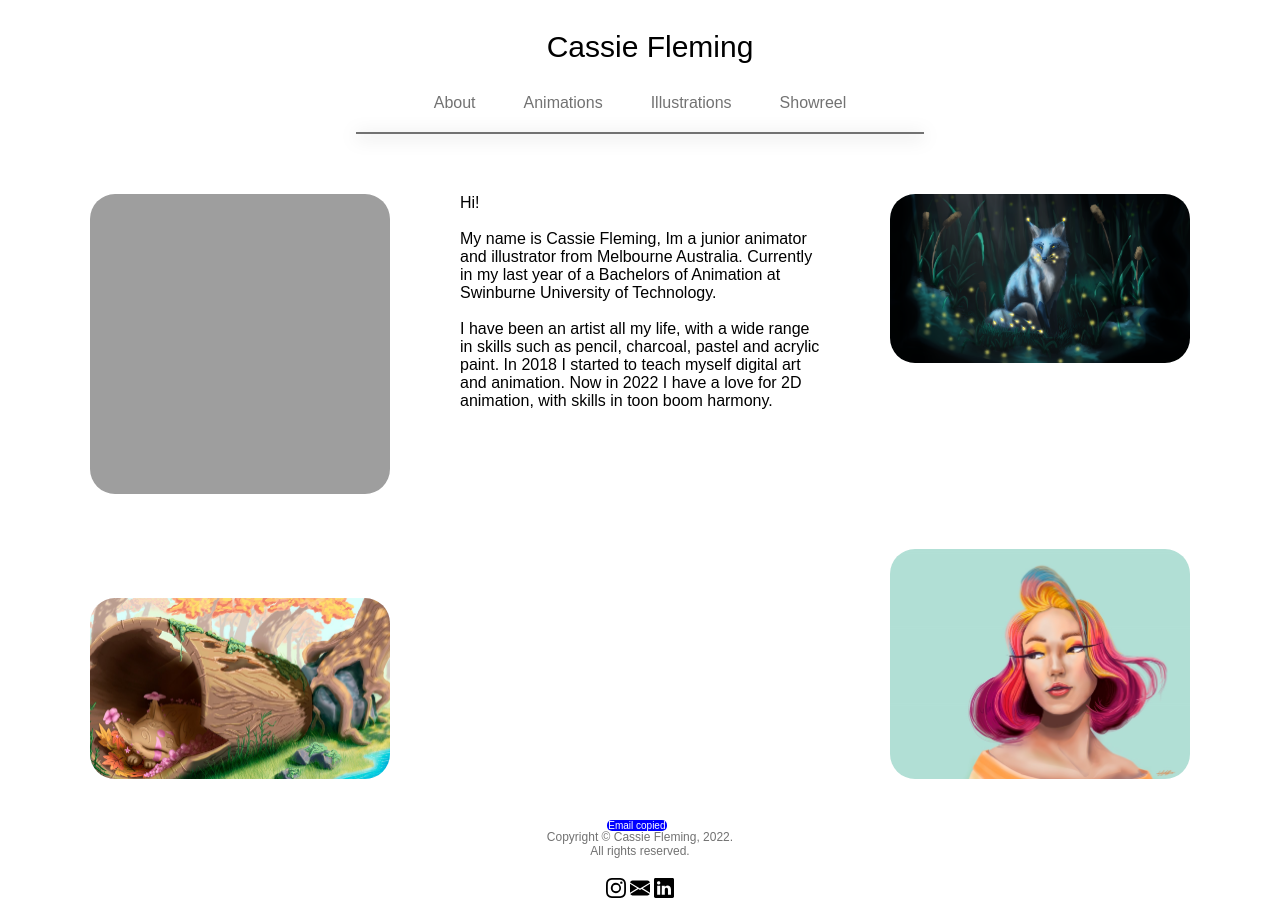
Repository: David-Waite/Cassie-Fleming-portfolio
Page: /
The author's editor kept a copy of each file at every save. The page is drawn from the files as they stood at one save, then again after a run of saves.
The browser window is 1280 px wide. The pictures show the whole page.
Pictures or frames that could not be fetched are drawn as grey boxes. Some web fonts or font styles are not loaded; a fallback is used. The project was rebuilt for these pictures with package versions that can differ from the ones it lists, and the page was loaded fresh each time. The framework's server and built-in components were replaced by stand-ins that run in the browser. Also part of the build but not shown: next.config.js.

Above is the page before, as saved 2022-09-11 17:54:10.

### pages/index.js
import Head from "next/head";
import Image from "next/image";
import styles from "../styles/Home.module.css";

export default function Home() {
  return (
    <div className={styles.layout}>
      <div className={`${styles.photoContainer} ${styles.photoContainerLeft}`}>
        <div>
          <Image
            className={styles.photo}
            src="/Cassie.png"
            height={3024}
            width={3024}
            alt="Photo of me, Cassie Fleming"
          />
        </div>
        <div className={styles.photo}>
          <Image
            className={styles.photo}
            src="/cherry blossom.2.jpg"
            height={725}
            width={1200}
            alt="Cherry Blossom covered fox, taking a nap in a hollowed tree log, by the river"
          />
        </div>
      </div>

      <div className={styles.aboutText}>
        Hi!
        <br />
        <br />
        My name is Cassie Fleming, Im a junior animator and illustrator from
        Melbourne Australia. Currently in my last year of a Bachelors of
        Animation at Swinburne University of Technology.
        <br />
        <br /> I have been an artist all my life, with a wide range in skills
        such as pencil, charcoal, pastel and acrylic paint. In 2018 I started to
        teach myself digital art and animation. Now in 2022 I have a love for 2D
        animation, with skills in toon boom harmony.
      </div>
      <div className={styles.photoContainer}>
        <div className={styles.photo}>
          <Image
            className={styles.photo}
            src="/fox.png"
            height={1080}
            width={1920}
            alt="glowing fox"
          />
        </div>
        <div className={styles.photo}>
          <Image
            className={styles.photo}
            src="/Inkedhuman.jpg"
            height={930}
            width={1211}
            alt="girl with cool hair a swaggie eyes"
          />
        </div>
      </div>
    </div>
  );
}

### components/Layout.js
import Link from "next/link";
import React, { useState } from "react";
import { Instagram, Linkedin, EnvelopeFill } from "react-bootstrap-icons";

export default function Layout({ children }) {
  const [navClass, setNavClass] = useState("");

  function toggleNav() {
    setNavClass((navClass) => {
      return navClass === "change" ? "" : "change";
    });
  }

  return (
    <div className={`layout ${navClass}`}>
      <header className="header">
        <h1>
          <Link href="/">
            <a>Cassie Fleming</a>
          </Link>
        </h1>

        <div className="navbar-icon" onClick={toggleNav}>
          <div className="bar1"></div>
          <div className="bar2"></div>
          <div className="bar3"></div>
        </div>

        <nav>
          <Link href="/">
            <a>About</a>
          </Link>
          <Link href="/">
            <a>Animations</a>
          </Link>
          <Link href="/">
            <a>Illustrations</a>
          </Link>
          <Link href="/">
            <a>Showreel</a>
          </Link>
        </nav>
      </header>
      <div className="navbar-line"></div>

      {children}
      <footer>
        <span className="email-popup">Email copied</span>
        <p>Copyright &copy; Cassie Fleming, 2022.</p>
        <p>All rights reserved.</p>
        <div className="social">
          <span>
            <Link href="https://www.instagram.com/cass_illustrations/">
              <a target="_blank">
                <Instagram />
              </a>
            </Link>
          </span>
          <div
            className="email"
            onClick={() => {
              navigator.clipboard.writeText("cassie.fleming2000@gmail.com");
            }}
          >
            <EnvelopeFill />
          </div>
          <span>
            <Link href="http://www.linkedin.com/in/cassie-fleming-500a56204">
              <a target="_blank">
                <Linkedin />
              </a>
            </Link>
          </span>
        </div>
      </footer>
    </div>
  );
}

### styles/globals.css
@import url("https://fonts.googleapis.com/css2?family=Zen+Maru+Gothic:wght@300;400;500;700&display=swap");

* {
  font-family: "Zen Maru Gothic", sans-serif;
  box-sizing: border-box;
  margin: 0;
  padding: 0;
}

.layout {
  margin: 30px 30px 0;
  display: flex;
  flex-direction: column;
  align-items: center;
  position: relative;
  min-height: calc(100vh - 30px);

  padding-bottom: 140px;
  text-align: center;
}

h1 {
  font-weight: 400;
  font-size: 30px;
  margin-bottom: 30px;
  margin-left: 20px;
}

a:hover {
  color: black;
}

a {
  text-decoration: none;
  color: black;
}
.hover {
  color: red;
}
nav a {
  color: #727272;
  margin: 24px;
  font-size: 16px;
}
.navbar-line {
  width: 568px;
  box-shadow: rgba(0, 0, 0, 0.35) 0px 3px 17px;
  margin: 20px 0 60px;
  border: #727272 solid 1px;
}
footer {
  position: absolute;
  bottom: 0px;
  font-size: 12px;
  color: #727272;
}
/* navBar icon */
.navbar-icon {
  display: none;
  cursor: pointer;
  margin-right: 20px;
}

.bar1,
.bar2,
.bar3 {
  width: 20px;
  height: 3px;
  background-color: #727272;
  margin: 4px 0;
  transition: 0.4s;
  border-radius: 5px;
}

.change .bar1 {
  transform: translate(0, 7px) rotate(-45deg);
}

.change .bar2 {
  opacity: 0;
}

.change .bar3 {
  transform: translate(0, -7px) rotate(45deg);
}

.social {
  display: flex;
  justify-content: center;
  padding: 20px;
}
.social span {
  color: black;
  margin: 0 4px;
  cursor: pointer;
  font-size: 20px;
}

.email {
  position: relative;
  font-size: 20px;
  color: black;
}
.email-popup {
  position: absolute;
  font-size: 10px;

  text-align: center;
  width: 60px;
  left: 60px;
  top: -10px;
  background-color: blue;
  color: #ffffff;
  padding: 0;
  border-radius: 5px;
}

@media (max-width: 810px) {
  .layout {
    margin: 20px 20px 0;
  }
  header {
    position: relative;
    display: flex;
    align-items: center;
    justify-content: space-between;
    width: 100vw;
  }
  .navbar-icon {
    display: inline-block;
  }
  h1 {
    font-size: 20px;
    margin-bottom: 0;
  }

  nav {
    position: absolute;
    top: 50px;
    display: flex;
    flex-direction: column;
    width: 100vw;
    height: 0px;
    transition: 0.5s;
    z-index: 1;
    background-color: white;
    overflow: hidden;
  }
  nav a {
    display: flex;
    justify-content: center;
    align-items: center;
    margin: 0;
    height: 50px;
  }
  .change nav {
    height: 100vh;
  }
  a:hover {
    background-color: #c4c3c3;
  }

  .navbar-line {
    width: 100vw;
  }
  .change .layout {
    margin-top: 20px;
  }
}

### styles/Home.module.css
.layout {
  display: grid;
  grid-template-columns: 1fr 1fr 1fr;
  gap: 70px;
}

.aboutText {
  max-width: 600px;
  min-width: 300px;
  text-align: start;
}

.photoContainer {
  display: flex;
  flex-direction: column;
  justify-content: space-between;
  max-width: 300px;
  gap: 100px;
}

.photoContainerLeft {
  margin-left: auto;
}
.photo {
  border-radius: 25px;
}
.profile {
  display: none;
}

@media (max-width: 1000px) {
  .layout {
    gap: 20px;
  }
}
@media (max-width: 810px) {
  .layout {
    display: inline;
  }
  .photo {
    display: none;
  }
  .photoContainerLeft {
    margin: 0 auto 30px;
    max-width: 400px;
  }
  .aboutText {
    max-width: 400px;
  }
}

Loaded but not shown: pages/_app.js (common file)

After the next 2 saves:
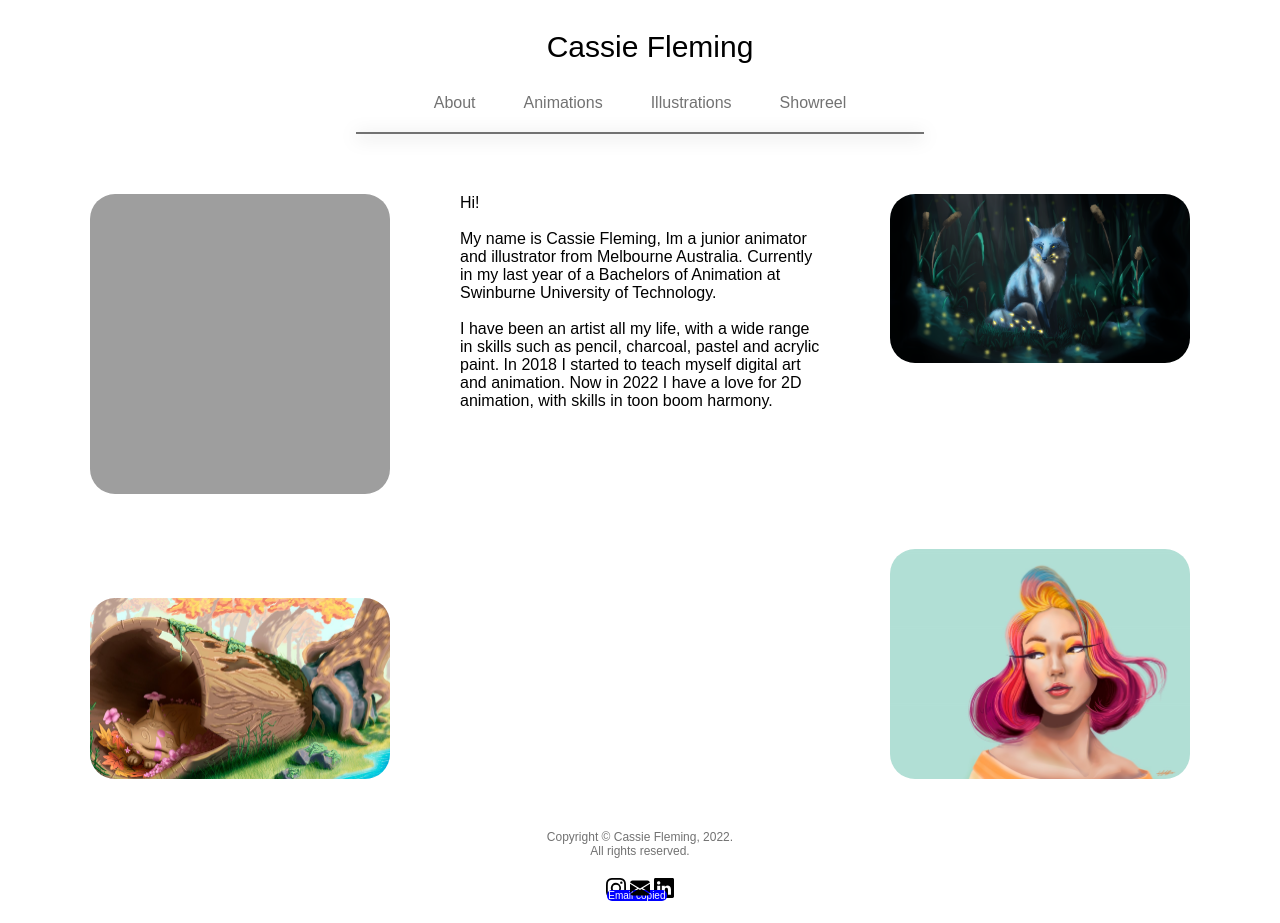
The 2 saves are shown as one change because they came seconds apart.
The last was saved 11 s later.
--- a/styles/globals.css
+++ b/styles/globals.css
@@ -108,7 +108,7 @@ footer {
   text-align: center;
   width: 60px;
   left: 60px;
-  top: -10px;
+  top: 60px;
   background-color: blue;
   color: #ffffff;
   padding: 0;
